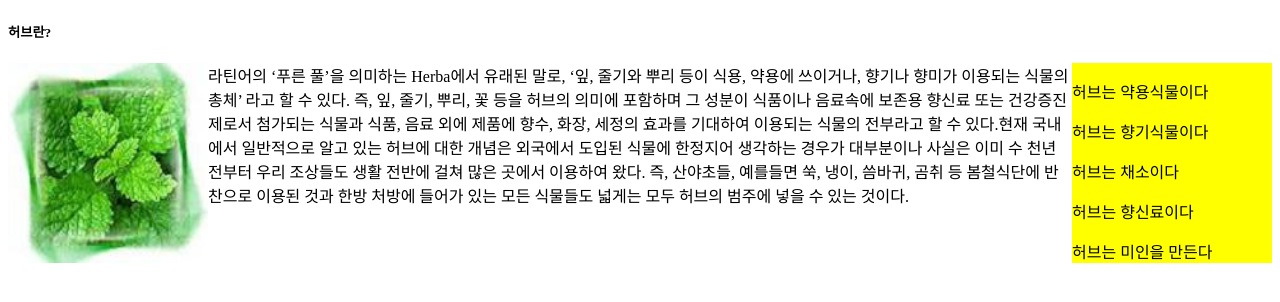
Repository: RyuJelly/java_web
Page: CSS/WebContent/exam2/position.html
The author's editor kept a copy of each file at every save. The page is drawn from the files as they stood at one save, then again after the next save.
The browser window is 1280 px wide. The pictures show the whole page.

Above is the page before, as saved 2021-03-08 02:11:40.

### CSS/WebContent/exam2/position.html
<?xml version="1.0" encoding="EUC-KR" ?>
<!DOCTYPE html PUBLIC "-//W3C//DTD XHTML 1.0 Transitional//EN" "http://www.w3.org/TR/xhtml1/DTD/xhtml1-transitional.dtd">
<html xmlns="http://www.w3.org/1999/xhtml">
<head>
<meta http-equiv="Content-Type" content="text/html; charset=EUC-KR" />
<title>Insert title here</title>
<style type="text/css">
	#balm{
		float: left;
		width: 200px;
		height: 200px;
	}
	#sidebar{
		float: right;
		background-color: yellow;
		width: 200px;
		height: 200px;
	}
	#content{
		margin-left: 200px;
	}
</style>
</head>
<body>
<h5>허브란?</h5>
<img src="images/balm.jpg" id="balm"/>

<div id="sidebar">
 <p id="sidetext">허브는 약용식물이다</p>
 <p id="sidetext">허브는 향기식물이다</p>
 <p id="sidetext">허브는 채소이다</p>
 <p id="sidetext">허브는 향신료이다</p>
 <p id="sidetext">허브는 미인을 만든다</p>
</div>

<div id="content">
 <p>라틴어의 ‘푸른 풀’을 의미하는 Herba에서 유래된 말로, ‘잎, 줄기와 뿌리 등이 식용, 약용에 쓰이거나, 향기나 향미가 이용되는 식물의 총체’ 라고 할 수 있다. 즉, 잎, 줄기, 뿌리, 꽃 등을 허브의 의미에 포함하며 그 성분이 식품이나 음료속에 보존용 향신료 또는 건강증진제로서 첨가되는 식물과 식품, 음료 외에 제품에 향수, 화장, 세정의 효과를 기대하여 이용되는 식물의 전부라고 할 수 있다.현재 국내에서 일반적으로 알고 있는 허브에 대한 개념은 외국에서 도입된 식물에 한정지어 생각하는 경우가 대부분이나 사실은 이미 수 천년 전부터 우리 조상들도 생활 전반에 걸쳐 많은 곳에서 이용하여 왔다. 즉, 산야초들, 예를들면 쑥, 냉이, 씀바귀, 곰취 등 봄철식단에 반찬으로 이용된 것과 한방 처방에 들어가 있는 모든 식물들도 넓게는 모두 허브의 범주에 넣을 수 있는 것이다.</p>
</div>
</body>
</html>

After the next save:
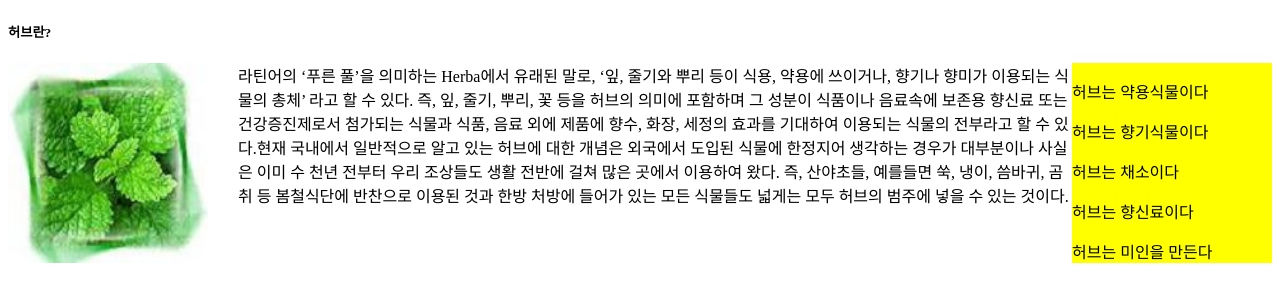
Saved 37 s later.
--- a/CSS/WebContent/exam2/position.html
+++ b/CSS/WebContent/exam2/position.html
@@ -17,7 +17,7 @@
 		height: 200px;
 	}
 	#content{
-		margin-left: 200px;
+		margin-left: 230px;
 	}
 </style>
 </head>
